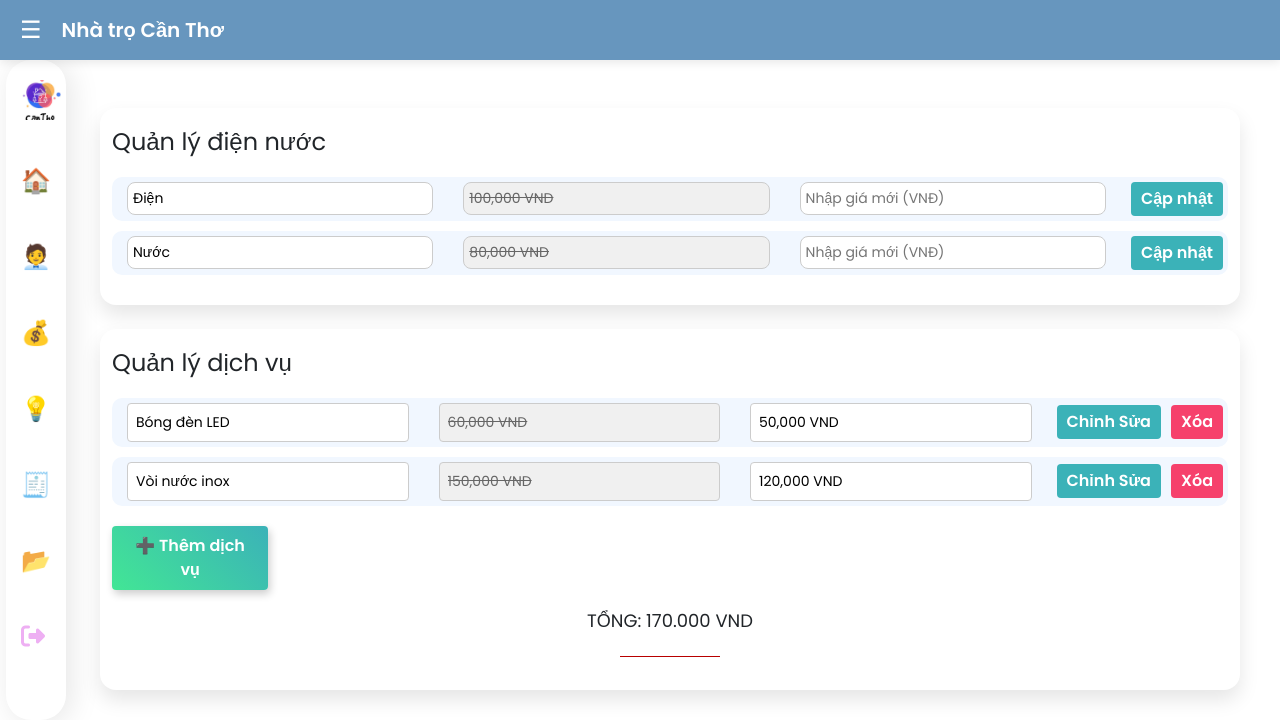
Repository: nhutty0402/DoAn02
Page: HTML/dichvu.html
The author's editor kept a copy of each file at every save. The page is drawn from the files as they stood at one save, then again after the next save.
The browser window is 1280 px wide. The pictures show the whole page.

Above is the page before, as saved 2025-03-21 00:14:08.

### HTML/dichvu.html
<!DOCTYPE html>
<html>
<head>
    <meta charset="utf-8">
    <meta http-equiv="X-UA-Compatible" content="IE=edge">
    <title></title>
    <meta name="description" content="">
    <meta name="viewport" content="width=device-width, initial-scale=1">
    <link rel="stylesheet" href="../css/dichvu.css">

    <!-- CSS -->
    <link href="https://cdn.jsdelivr.net/npm/bootstrap@5.3.3/dist/css/bootstrap.min.css" rel="stylesheet" integrity="sha384-QWTKZyjpPEjISv5WaRU9OFeRpok6YctnYmDr5pNlyT2bRjXh0JMhjY6hW+ALEwIH" crossorigin="anonymous">
    <link href="https://fonts.googleapis.com/css2?family=Poppins:wght@300;400;600&display=swap" rel="stylesheet">
    <link rel="stylesheet" href="https://cdnjs.cloudflare.com/ajax/libs/font-awesome/6.4.2/css/all.min.css">

    <!-- JS -->
    <script src="https://cdnjs.cloudflare.com/ajax/libs/jquery/3.7.1/jquery.min.js" integrity="sha512-v2CJ7UaYy4JwqLDIrZUI/4hqeoQieOmAZNXBeQyjo21dadnwR+8ZaIJVT8EE2iyI61OV8e6M8PP2/4hpQINQ/g==" crossorigin="anonymous" referrerpolicy="no-referrer"></script>
    <script src="https://cdn.jsdelivr.net/npm/@popperjs/core@2.11.8/dist/umd/popper.min.js" integrity="sha384-I7E8VVD/ismYTF4hNIPjVp/Zjvgyol6VFvRkX/vR+Vc4jQkC+hVqc2pM8ODewa9r" crossorigin="anonymous"></script>
    <script src="https://cdn.jsdelivr.net/npm/bootstrap@5.3.3/dist/js/bootstrap.min.js" integrity="sha384-0pUGZvbkm6XF6gxjEnlmuGrJXVbNuzT9qBBavbLwCsOGabYfZo0T0to5eqruptLy" crossorigin="anonymous"></script>
</head>

<body>
    <header class="header">
        <div class="menu-toggle">☰</div>
        <div class="header-title">Nhà trọ Cần Thơ</div>
    </header>

    <div class="sidebar">
        <div class="logo_content">
            <div class="logo">
                <div class="icon">
                    <img src="../imag/moi.jpg" alt="Logo">
                </div>
                <div class="logo_name">Xin chào, admin</div>
            </div>
        </div>
        <ul class="nav_list">
            <li><a href="menu.html"><span class="icon">🏠</span><span class="link_name">Trang chủ</span></a></li>
            <li><a href="Quanlykhachhang.html"><span class="icon">🧑‍💼</span><span class="link_name">Quản lý khách hàng</span></a></li>
            <li><a href="doanhthu.html"><span class="icon">💰</span><span class="link_name">Doanh thu</span></a></li>
            <li><a href="dichvu.html"><span class="icon">💡</span><span class="link_name">Dịch vụ</span></a></li>
            <li><a href="hoadon.html"><span class="icon">🧾</span><span class="link_name">Hóa đơn</span></a></li>
            <li><a href="quanlihopdong.html"><span class="icon">📂</span><span class="link_name">Quản lý hợp đồng</span></a></li>
            <li><a href="dangxuat.html" class="logout-link"><span class="icon"><i class="fas fa-sign-out-alt"></i></span><span class="link_name">Đăng Xuất</span></a></li>
        </ul>
    </div>

    <div class="content flex-grow-1 p-4">
        <div class="topbar d-flex justify-content-between align-items-center mb-4"></div>

        <!-- Quản lý điện nước -->
        <div class="container">
            <div class="cf-title-03">
                <h3>Quản lý điện nước</h3>
            </div>
            <div id="product-list">
                <!-- Sản phẩm mẫu được thêm trực tiếp trong HTML -->
                <div class="product">
                    <input type="text" value="Điện" placeholder="Tên sản phẩm" readonly>
                    <input type="text" value="100,000 VND" placeholder="Giá cũ (VNĐ)" readonly class="old-price">
                    <input type="text" value="" placeholder="Nhập giá mới (VNĐ)" oninput="formatCurrency(this)">
                    <div class="btn-group">
                        <button class="update-btn" onclick="updateProduct(this)">Cập nhật</button>
                    </div>
                </div>
                <div class="product">
                    <input type="text" value="Nước" placeholder="Tên sản phẩm" readonly>
                    <input type="text" value="80,000 VND" placeholder="Giá cũ (VNĐ)" readonly class="old-price">
                    <input type="text" value="" placeholder="Nhập giá mới (VNĐ)" oninput="formatCurrency(this)">
                    <div class="btn-group">
                        <button class="update-btn" onclick="updateProduct(this)">Cập nhật</button>
                    </div>
                </div>
            </div>
        </div><br>

        <!-- Quản lý dịch vụ -->
        <div class="container">
            <div class="cf-title-03">
                <h3>Quản lý dịch vụ</h3>
            </div>
            <div id="service-list">
                <!-- Dịch vụ mẫu được thêm trực tiếp trong HTML -->
                <div class="service">
                    <input type="text" value="Bóng đèn LED" placeholder="Tên sản phẩm" readonly class="product-name">
                    <input type="text" value="60,000 VND" placeholder="Giá cũ (VNĐ)" readonly class="old-price">
                    <input type="text" value="50,000 VND" placeholder="Nhập giá mới (VNĐ)" readonly class="new-price">
                    <div class="btn-group">
                        <button class="update-btn" onclick="updateService(this)">Chỉnh Sửa</button>
                        <button class="delete-btn" onclick="deleteService(this)">Xóa</button>
                    </div>
                </div>
                <div class="service">
                    <input type="text" value="Vòi nước inox" placeholder="Tên sản phẩm" readonly class="product-name">
                    <input type="text" value="150,000 VND" placeholder="Giá cũ (VNĐ)" readonly class="old-price">
                    <input type="text" value="120,000 VND" placeholder="Nhập giá mới (VNĐ)" readonly class="new-price">
                    <div class="btn-group">
                        <button class="update-btn" onclick="updateService(this)">Chỉnh Sửa</button>
                        <button class="delete-btn" onclick="deleteService(this)">Xóa</button>
                    </div>
                </div>
            </div>
            <button class="add-btn" onclick="addService()">➕ Thêm dịch vụ</button>
            <div class="cf-title-01">
                <h6>TỔNG: <span id="total-price">0 VND</span></h6>
            </div>
        </div>

    <!-- JavaScript -->
    <script>
        const toggle = document.querySelector('.menu-toggle');
        const sidebar = document.querySelector('.sidebar');
        toggle.addEventListener('click', () => {
            sidebar.classList.toggle('active');
        });

        function formatCurrency(input) {
            let value = input.value.replace(/\D/g, '');
            if (value === '') {
                input.value = '';
                return;
            }
            let number = parseInt(value, 10);
            input.value = number.toLocaleString('vi-VN') + ' VND';
        }

        function addService(name = "", price = "", oldPrice = "") {
            let serviceList = document.getElementById("service-list");
            let serviceDiv = document.createElement("div");
            serviceDiv.classList.add("service");
            serviceDiv.innerHTML = `
                <input type="text" value="${name}" placeholder="Tên sản phẩm">
                <input type="text" value="${oldPrice ? parseInt(oldPrice).toLocaleString('vi-VN') + ' VND' : ''}" placeholder="Giá cũ (VNĐ)" readonly class="old-price">
                <input type="text" value="${price}" placeholder="Nhập giá mới (VNĐ)" oninput="formatCurrency(this)">
                <div class="btn-group">
                    <button class="update-btn" onclick="updateService(this)">Cập nhật</button>
                    <button class="delete-btn" onclick="deleteService(this)">Xóa</button>
                </div>
            `;
            serviceList.appendChild(serviceDiv);
        }

        function updateProduct(button) {
            let productDiv = button.closest(".product");
            let inputs = productDiv.querySelectorAll("input");
            if (button.innerText === "Cập nhật") {
                let name = inputs[0].value.trim();
                let price = inputs[2].value.trim().replace(/\D/g, '');
                if (name === "" || price === "") {
                    alert("Vui lòng nhập đầy đủ thông tin!");
                    return;
                }
                inputs[0].setAttribute("readonly", true);
                inputs[2].setAttribute("readonly", true);
                button.innerText = "Chỉnh sửa";
                button.classList.remove("update-btn");
                button.classList.add("edi-btn");
                alert(`Cập nhật thành công: ${name} - ${inputs[2].value}`);
            } else {
                inputs[0].removeAttribute("readonly");
                inputs[2].removeAttribute("readonly");
                button.innerText = "Cập nhật";
                button.classList.remove("edi-btn");
                button.classList.add("update-btn");
            }
        }

        function updateService(button) {
            let serviceDiv = button.closest(".service");
            let inputs = serviceDiv.querySelectorAll("input");
            if (button.innerText === "Cập nhật") {
                let name = inputs[0].value.trim();
                let price = inputs[2].value.trim().replace(/\D/g, '');
                if (name === "" || price === "") {
                    alert("Vui lòng nhập đầy đủ thông tin!");
                    return;
                }
                inputs[0].setAttribute("readonly", true);
                inputs[2].setAttribute("readonly", true);
                button.innerText = "Chỉnh sửa";
                button.classList.remove("update-btn");
                button.classList.add("edi-btn");
                alert(`Cập nhật thành công: ${name} - ${inputs[2].value}`);
            } else {
                inputs[0].removeAttribute("readonly");
                inputs[2].removeAttribute("readonly");
                button.innerText = "Cập nhật";
                button.classList.remove("edi-btn");
                button.classList.add("update-btn");
            }
        }

        function deleteService(button) {
            if (confirm("Bạn có chắc muốn xóa sản phẩm này?")) {
                button.closest(".service").remove();
            }
        }
    </script>
    <!--Tính tổng-->
    <script>
        // Hàm tính tổng giá mới và hiển thị
        function calculateTotal() {
            const newPriceInputs = document.querySelectorAll('.new-price');
            let total = 0;

            newPriceInputs.forEach(input => {
                // Lấy giá trị từ input, loại bỏ " VND" và dấu phẩy
                const priceText = input.value.replace(' VND', '').replace(/,/g, '');
                const price = parseFloat(priceText) || 0; // Chuyển thành số, nếu không hợp lệ thì trả về 0
                total += price;
            });

            // Định dạng tổng với dấu phẩy và thêm " VND"
            const formattedTotal = total.toLocaleString('vi-VN') + ' VND';
            document.getElementById('total-price').textContent = formattedTotal;
        }

        // Hàm thêm dịch vụ mới
        function addService() {
            const serviceList = document.getElementById('service-list');
            const newService = document.createElement('div');
            newService.className = 'service';
            newService.innerHTML = `
                <input type="text" placeholder="Tên sản phẩm" class="product-name">
                <input type="text" placeholder="Giá cũ (VNĐ)" class="old-price">
                <input type="text" placeholder="Nhập giá mới (VNĐ)" class="new-price" oninput="calculateTotal()">
                <div class="btn-group">
                    <button class="update-btn" onclick="updateService(this)">Chỉnh sửa</button>
                    <button class="delete-btn" onclick="deleteService(this)">Xóa</button>
                </div>
            `;
            serviceList.appendChild(newService);
            calculateTotal(); // Cập nhật tổng sau khi thêm
        }

        // Hàm chỉnh sửa dịch vụ (giữ đơn giản, chỉ cho phép chỉnh sửa và lưu)
        function updateService(button) {
            const service = button.closest('.service');
            const inputs = service.querySelectorAll('input');
            const isReadOnly = inputs[0].hasAttribute('readonly');

            if (isReadOnly) {
                // Chuyển sang chế độ chỉnh sửa
                inputs.forEach(input => input.removeAttribute('readonly'));
                button.textContent = 'Cập Nhật';
            } else {
                // Chuyển về chế độ readonly
                inputs.forEach(input => input.setAttribute('readonly', true));
                button.textContent = 'Chỉnh sửa';
                calculateTotal(); // Cập nhật tổng sau khi lưu
            }
        }

        // Hàm xóa dịch vụ
        function deleteService(button) {
            const service = button.closest('.service');
            service.remove();
            calculateTotal(); // Cập nhật tổng sau khi xóa
        }

        // Tính tổng khi trang được tải
        window.onload = calculateTotal;
    </script>
</body>
</html>

### CSS/dichvu.css
/* Reset cơ bản */
* {
  margin: 0;
  padding: 0;
  box-sizing: border-box;
  font-family: 'Poppins', sans-serif;
}

/* Thiết lập body */
body {
  min-height: 100vh;
  background: #e7e7e7;
  display: flex;
  flex-direction: column;
}

/* Header ngang */
.header {
  width: 100%;
  height: 60px;
  background: #6796be;
  color: white;
  display: flex;
  align-items: center;
  padding: 0 20px;
  box-shadow: 0 2px 10px rgba(0, 0, 0, 0.1);
  position: fixed;
  top: 0;
  z-index: 1000;
}

.menu-toggle {
  font-size: 24px;
  cursor: pointer;
  margin-right: 20px;
}

.header-title {
  font-size: 20px;
  font-weight: 600;
}

/* Sidebar dọc */
.sidebar {
  position: fixed;
  top: 60px;
  left: 0;
  height: calc(100% - 60px);
  width: 60px;
  background: #fff;
  margin-left: 6px;
  padding: 10px 5px;
  transition: width 0.3s ease;
  box-shadow: 5px 3px 30px rgba(0, 0, 0, 0.1);
  border-radius: 25px;
  z-index: 900;
}

.sidebar.active {
  width: 240px;
}

.logo_content {
  display: flex;
  align-items: center;
  height: 60px;
  padding: 0 10px;
}

.logo {
  display: flex;
  align-items: center;
  gap: 10px;
}

.logo .icon img {
  width: 40px; /* Kích thước logo nhỏ hơn và đồng đều */
  height: 40px;
  object-fit: cover; /* Đảm bảo ảnh không bị méo */
}

.logo_name {
  font-size: 18px;
  font-weight: 700;
  opacity: 0;
  transition: opacity 0.3s ease;
}

.sidebar.active .logo_name {
  opacity: 1;
}

.nav_list {
  list-style: none;
  padding-left: 0;
  margin-top: 10px;
}

.nav_list li {
  display: flex;
  align-items: center;
  height: 50px; /* Giảm height để khoảng cách đều hơn */
  margin: 26px 0; /* Khoảng cách giữa các mục */
}

.nav_list li a {
  text-decoration: none;
  color: #333;
  display: flex;
  align-items: center;
  width: 100%;
  font-weight: 700;
  padding: 0 10px; /* Khoảng cách bên trong thẻ a */
  transition: font-weight 0.3s ease, transform 0.3s ease; /* Thêm transition cho hiệu ứng */
}
.nav_list li a:hover {
  transform: scale(1.05); /* Phóng to 5% khi hover */
}
.nav_list li .icon {
  font-size: 24px; /* Icon đồng đều kích thước */
  width: 40px; /* Đảm bảo icon căn đều */
  text-align: center;
}

.link_name {
  font-size: 16px;
  opacity: 0;
  transition: opacity 0.3s ease;
}

.sidebar.active .link_name {
  opacity: 1;
}

/* Nội dung chính */
.content {
  margin-top: 60px;
  margin-left: 60px;
  padding: 20px;
  flex-grow: 1;
  transition: margin-left 0.3s ease, width 0.3s ease;
  width: calc(100% - 60px);
  max-width: calc(100vw - 60px);
}

.sidebar.active ~ .content {
  margin-left: 240px;
  width: calc(100% - 240px);
  max-width: calc(100vw - 240px);
}

/* Thanh tìm kiếm */
.search-bar {
  display: flex;
  align-items: center;
  height: 38.5px;
  margin-left: auto;
  background-color: #fff;
  border-radius: 15px;
  padding: 5px;
  box-shadow: 0px 4px 6px rgba(0, 0, 0, 0.2);
  border: 2px solid #5E3582;
}

.search-bar input {
  border: none;
  outline: none;
  padding: 5px 10px;
  border-radius: 5px;
  font-size: 14px;
  width: 90px;
  transition: width 0.3s ease;
}

.search-bar input:focus {
  width: 270px;
}

.search-bar button {
  background-color: #eeaff3;
  border: none;
  color: #1c1919;
  padding: 5px 10px;
  height: 28px;
  border-radius: 10px;
  font-size: 14px;
  cursor: pointer;
  margin-left: 5px;
  transition: background-color 0.3s ease;
}

.search-bar button:hover {
  background-color: #f186f1;
}

/* Button group */
.button-group {
  display: flex;
  gap: 5px;
  padding-left: 10px;
}

.button-group .dathue:hover {
  background: rgb(167, 222, 214);
  color: black;
}

.button-group .phongtrong:hover {
  background: rgb(246, 237, 156);
  color: black;
}

.button-group .hientatca:hover {
  background: rgba(249, 205, 158, 0.952);
  color: black;
}

/* Đăng xuất */
.logout-link {
  display: flex;
  align-items: center;
  text-decoration: none;
  color: #1c1919;
  padding: 10px 15px;
  border-radius: 8px;
  transition: background-color 0.3s ease, transform 0.3s ease;
}
/* Đăng xuất */
.logout-link {
  display: flex;
  align-items: center;
  text-decoration: none;
  color: #1c1919;
  padding: 10px 15px;
  border-radius: 8px;
  transition: background-color 0.3s ease, transform 0.3s ease, font-weight 0.3s ease; /* Thêm transition cho font-weight */
}
.logout-link .icon {
  font-size: 24px; /* Đồng đều với các icon khác */
  width: 40px;
  text-align: center;
  color: #eeaff3;
  transition: transform 0.3s ease;
}

.logout-link .link_name {
  font-size: 16px;
  font-weight: 600;
}

.logout-link:hover {
  background-color: #f6cff3;
  transform: scale(1.05);
}

.logout-link:hover .icon {
  transform: rotate(-20deg);
  color: #d94bd3;
}



/* ====================================================================================================== */
/* ======================================THÂN============================================================= */
/* ========================================================================================================= */

@import url('https://fonts.googleapis.com/css2?family=Poppins:wght@300;400;600&display=swap');

/* body {
    font-family: 'Poppins', sans-serif;
    background: linear-gradient(135deg, #89f7fe, #66a6ff);
    padding: 20px;
    text-align: center;
} */

.container {
    max-width: 600px;
    margin: auto;
    background: white;
    padding: 20px;
    border-radius: 16px;
    box-shadow: 0 10px 20px rgba(0, 0, 0, 0.1);
}

/* h2 {
    color: #333;
    font-weight: 600;
    margin-bottom: 10px;
} */

.product {
    display: flex;
    justify-content: space-between;
    align-items: center;
    padding: 5px;
    border-radius: 10px;
    background: #f1f7ff;
    margin: 10px 0;
    transition: transform 0.1s ease-in-out;
}

.product:hover {
    transform: scale(1.01);
}

.product input {
    flex: 1;
    margin: 0 10px;
    padding: 8px;
    border: 1px solid #ccc;
    border-radius: 8px;
    font-size: 14px;
    transition: all 0.3s;
}

.product input:focus {
    border-color: #007bff;
    outline: none;
    box-shadow: 0 0 5px rgba(0, 123, 255, 0.3);
}

.btn-group {
    display: flex;
    gap: 8px;
}

button {
    border: none;
    cursor: pointer;
    padding: 8px 14px;
    font-size: 14px;
    transition: 0.3s;
    border-radius: 10px;
    font-weight: bold;
}

.update-btn {
    background:  #3bb2b8;
    color: white;
    border-radius: 12px;
}
.update-btn:hover{
  transform: scale(1.05);
}
.edi-btn {
    background:  #f2b876e8;
    color: white;
    border-radius: 12px;
}
.edi-btn:hover{
  transform: scale(1.05);
}
.delete-btn {
    background:  #f6416c;
    color: white;
    border-radius: 12px;
}
.delete-btn:hover{
  transform: scale(1.05);
}
.add-btn {
    width: 14%;
    font-size: 16px;
    padding: 12px;
    color: white;
    background: linear-gradient(45deg, #42e695, #3bb2b8);
    font-weight: bold;
    border-radius: 12px;
    box-shadow: 2px 4px 8px rgba(0, 0, 0, 0.2);
    transition: all 0.3s ease-in-out;
}

.add-btn:hover {
    transform: scale(1.05);
    box-shadow: 4px 6px 12px rgba(0, 0, 0, 0.3);
}
/* ============================================================================================== */
/* ===BẢNG DỊCH VỤ 2============================================================ */
/* =========================================================================================================== */
.service{
  display: flex;
  justify-content: space-between;
  align-items: center;
  padding: 5px;
  border-radius: 10px;
  background: #f1f7ff;
  margin: 10px 0;
  transition: transform 0.1s ease-in-out;
}

.service:hover {
  transform: scale(1.01);
}

.service input {
  flex: 1;
  margin: 0 10px;
  padding: 8px;
  border: 1px solid #ccc;
  border-radius: 8px;
  font-size: 14px;
  transition: all 0.3s;
}

.service input:focus {
  border-color: #007bff;
  outline: none;
  box-shadow: 0 0 5px rgba(0, 123, 255, 0.3);
}
/* ===================================================TỔNG======================================== */




.cf-title-01 h6 {
	text-align:center;
	text-transform:uppercase;
	padding-bottom:5px;
}
/* .cf-title-01 h6:before {
	width:28px;
	height:5px;
	display:block;
	content:"";
	position:absolute;
	bottom:3px;
	left:50%;
	margin-left:-14px;
	background-color:#b80000;
} */
.cf-title-01 h6:after {
	width:100px;
	height:1px;
	display:block;
	content:"";
	position:relative;
	margin-top:25px;
	left:50%;
	margin-left:-50px;
	background-color: #b80000;
}

.container {
  max-width: 800px;
  margin: 20px auto;
  padding: 20px;
}
.product, .service {
  display: flex;
  align-items: center;
  margin: 10px 0;
  gap: 10px;
}
input[type="text"] {
  padding: 5px;
  flex: 1;
}
input[readonly].old-price {
  background-color: #f0f0f0;
  color: #666;
  text-decoration: line-through;
}
.btn-group button {
  margin-left: 5px;
  padding: 5px 10px;
  cursor: pointer;
}
.add-btn {
  padding: 5px 10px;
  margin-top: 10px;
}
/* Tính tổng */
.container {
  max-width: 800px;
  margin: 0 auto;
  padding: 20px;
}

.cf-title-03 h3 {
  font-size: 24px;
  margin-bottom: 20px;
}

.service {
  display: flex;
  align-items: center;
  gap: 10px;
  margin-bottom: 10px;
}

.service input {
  padding: 8px;
  border: 1px solid #ccc;
  border-radius: 4px;
  width: 200px;
}

.btn-group {
  display: flex;
  gap: 5px;
}

.update-btn, .delete-btn, .add-btn {
  padding: 8px 15px;
  border: none;
  border-radius: 4px;
  cursor: pointer;
}



.cf-title-01 h6 {
  font-size: 18px;
  margin-top: 20px;
}

After the next save:
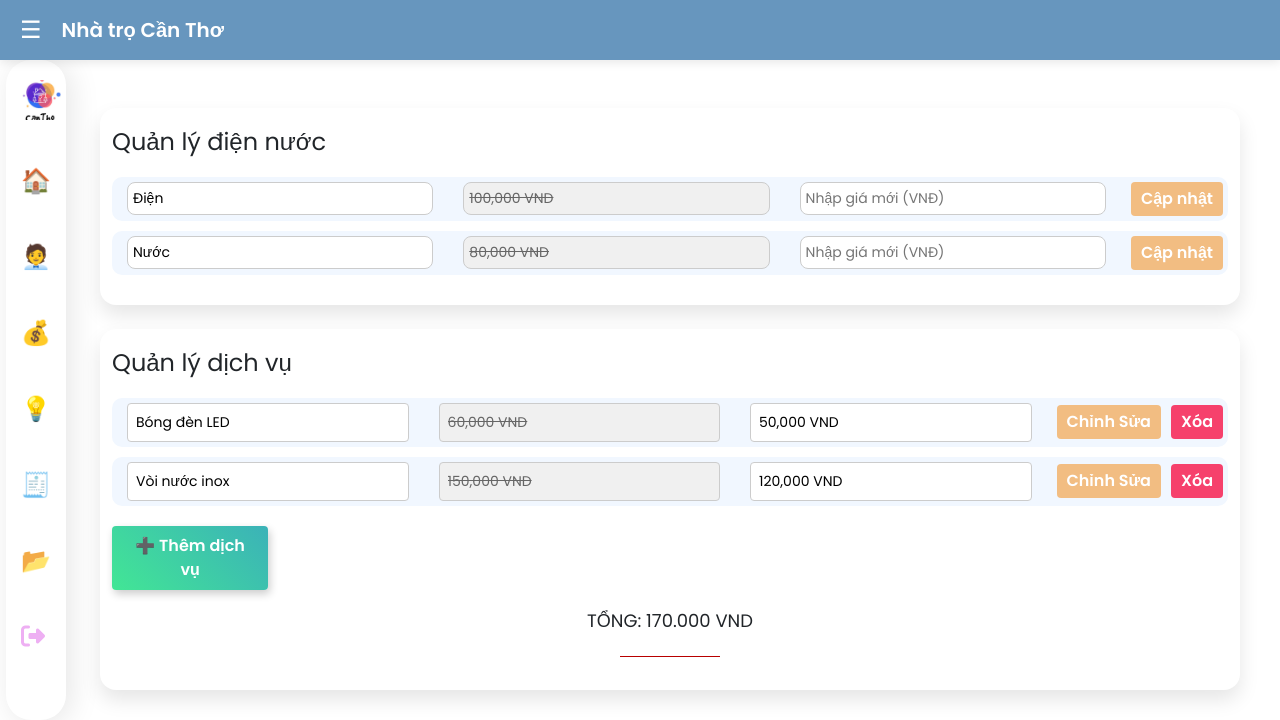
Saved 47 s later.
--- a/CSS/dichvu.css
+++ b/CSS/dichvu.css
@@ -335,7 +335,7 @@
 }
 
 .update-btn {
-    background:  #3bb2b8;
+    background:  #f2b876e8;
     color: white;
     border-radius: 12px;
 }

After the save that followed:
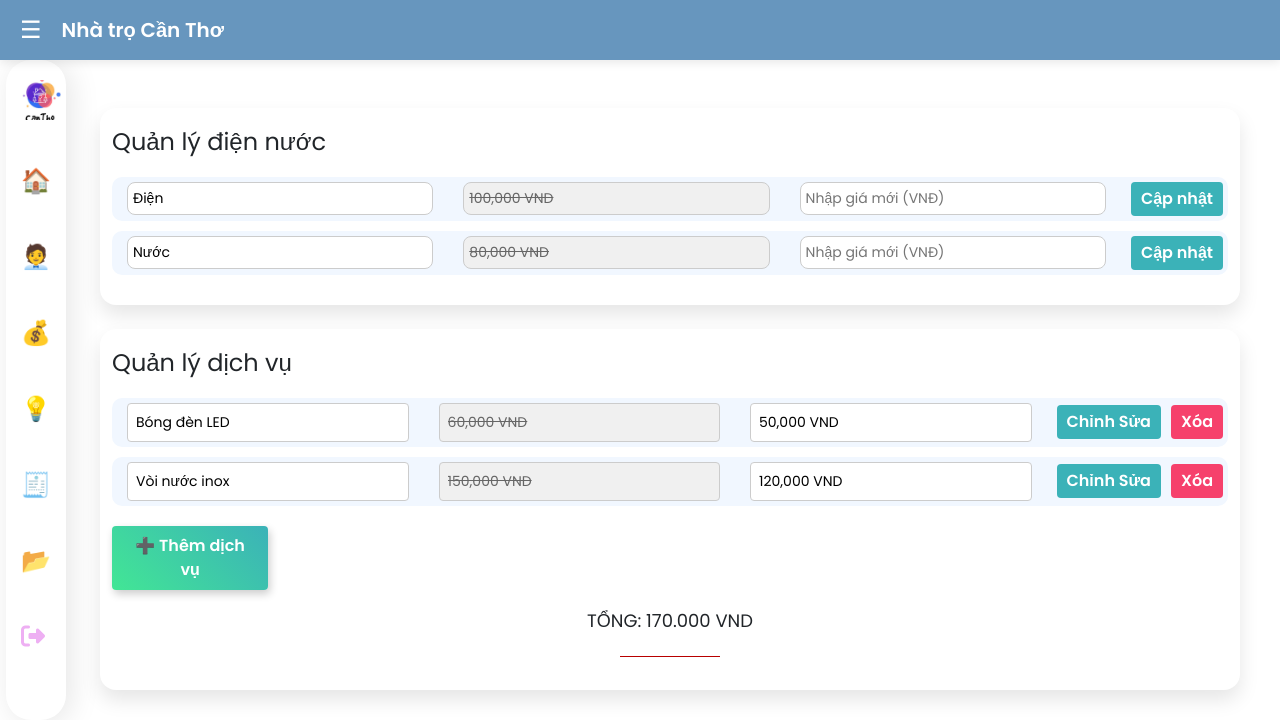
Saved 7 s later.
--- a/CSS/dichvu.css
+++ b/CSS/dichvu.css
@@ -335,7 +335,7 @@
 }
 
 .update-btn {
-    background:  #f2b876e8;
+    background:  #3bb2b8;
     color: white;
     border-radius: 12px;
 }
